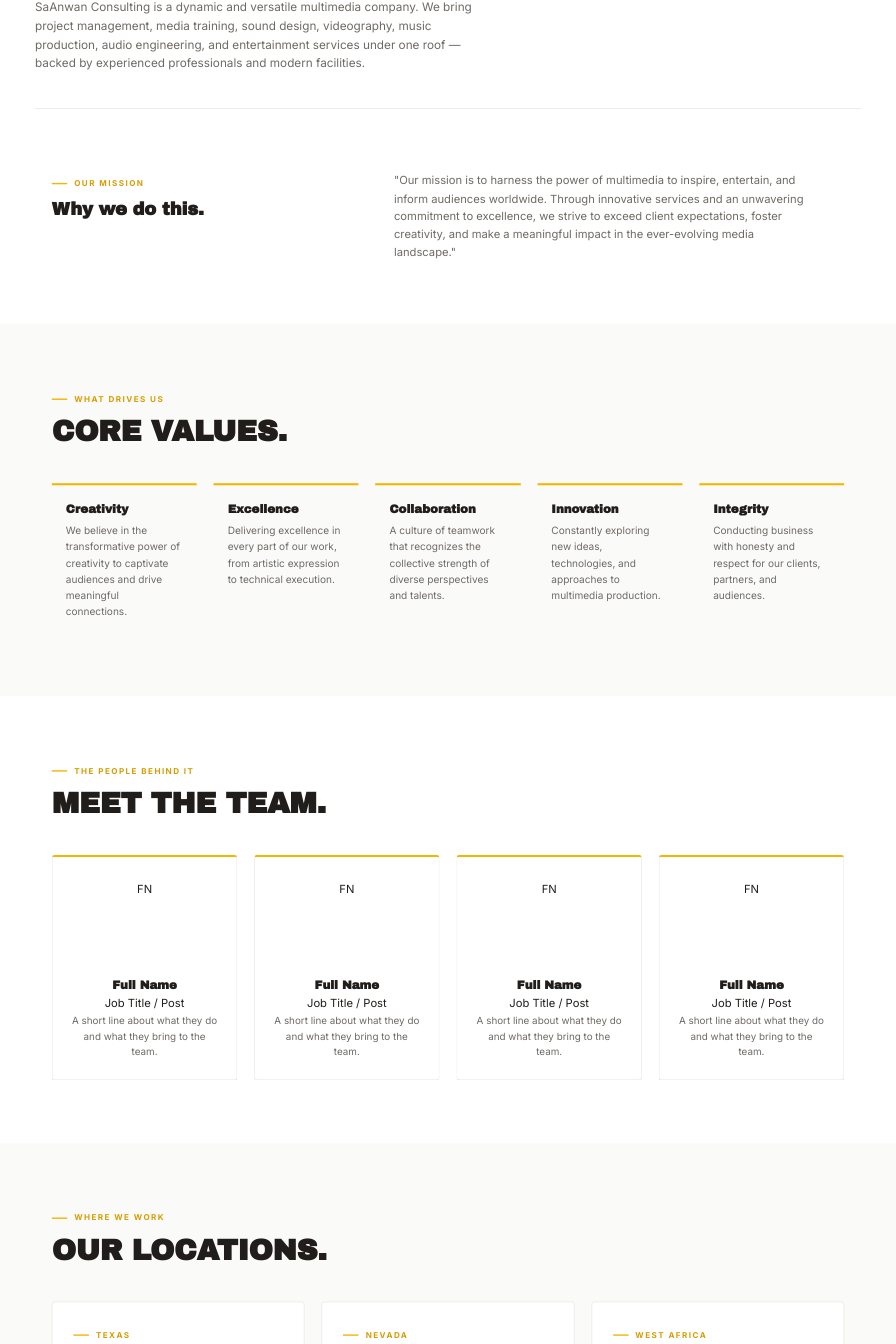
Repository: joshuaonazi/saanwan
Page: about.html
An editor plug-in stored every save of this project. The page is shown before and after the next save, followed by the edit.
The browser window is 1280 px wide. The pictures show the part of the page from y = 306 to 2226 px (the page is 3113 px tall before and 3272 px after), at 70% of full size.

Above is the page before, as saved 2026-07-10 17:02:56.

### about.html
<!DOCTYPE html>
<html lang="en">
  <head>
    <meta charset="UTF-8">
    <meta name="viewport" content="width=device-width, initial-scale=1.0">
    <title>About — SAANWAN Consulting</title>
    <meta name="description" content="Learn about SAANWAN Consulting LLC — our mission, core values, and offices in San Antonio, Las Vegas, and Nigeria.">
    <link rel="preconnect" href="https://fonts.googleapis.com">
    <link rel="preconnect" href="https://fonts.gstatic.com" crossorigin>
    <link href="https://fonts.googleapis.com/css2?family=Archivo+Black&family=Inter:wght@400;500;600;700&display=swap" rel="stylesheet">
    <link rel="stylesheet" href="styles.css">
  </head>
<body>

<header class="site-header">
  <nav class="nav wrap">
    <a href="index.html" class="logo" aria-label="SAANWAN home">
      <span class="bar"></span><span class="bar"></span><span class="bar"></span>
      SAANWAN
    </a>
    <button class="nav-toggle" aria-label="Toggle menu" aria-expanded="false">
      <span></span><span></span><span></span>
    </button>
    <div class="nav-links">
      <a href="index.html">Home</a>
      <a href="about.html" aria-current="page">About</a>
      <a href="services.html">Services</a>
      <a href="contact.html" class="nav-cta">Start a Project</a>
    </div>
  </nav>
</header>

<main>

  <section class="page-hero wrap">
    <div class="eq-divider"><span></span><span></span><span></span><span></span><span></span></div>
    <span class="eyebrow">About SaAnwan Consulting LLC</span>
    <h2 style>WHAT WE DO</h2>
    <p>Based in the United States, with offices in San Antonio, Las Vegas, and Nigeria, SaAnwan Consulting is a dynamic and versatile multimedia company. We bring project management, media training, sound design, videography, music production, audio engineering, and entertainment services under one roof — backed by experienced professionals and modern facilities.</p>
  </section>

  <section class="section">
    <div class="wrap mission-block">
      <div>
        <span class="eyebrow">Our Mission</span>
        <h2 style="text-transform:none; font-size: 1.6rem;">Why we do this.</h2>
      </div>
      <P>
        "Our mission is to harness the power of multimedia to inspire, entertain, and inform audiences worldwide. Through innovative services and an unwavering commitment to excellence, we strive to exceed client expectations, foster creativity, and make a meaningful impact in the ever-evolving media landscape."
      </P>
    </div>
  </section>

  <section class="section section-cream">
    <div class="wrap">
      <div class="section-head">
        <span class="eyebrow">What Drives Us</span>
        <h2>Core values.</h2>
      </div>
      <div class="values-grid">
        <div class="value-card">
          <h3>Creativity</h3>
          <p>We believe in the transformative power of creativity to captivate audiences and drive meaningful connections.</p>
        </div>
        <div class="value-card">
          <h3>Excellence</h3>
          <p>Delivering excellence in every part of our work, from artistic expression to technical execution.</p>
        </div>
        <div class="value-card">
          <h3>Collaboration</h3>
          <p>A culture of teamwork that recognizes the collective strength of diverse perspectives and talents.</p>
        </div>
        <div class="value-card">
          <h3>Innovation</h3>
          <p>Constantly exploring new ideas, technologies, and approaches to multimedia production.</p>
        </div>
        <div class="value-card">
          <h3>Integrity</h3>
          <p>Conducting business with honesty and respect for our clients, partners, and audiences.</p>
        </div>
      </div>
    </div>
  </section>

  <section class="section">
    <div class="wrap">
      <div class="section-head">
        <span class="eyebrow">The People Behind It</span>
        <h2>Meet the team.</h2>
      </div>
      <!--
        TEAM SETUP — this whole block is placeholder content, swap it for the real thing:
        1. Replace each <div class="placeholder-initials">XX</div> with
           <img src="assets/team/filename.jpg" alt="Full Name">
           (add real photos into an /assets/team/ folder — square images work best)
        2. Update the name, role/post, and short description text for each person.
        3. Copy a whole .team-card block to add more members, or delete one to remove.
      -->
      <div class="team-grid">
        <div class="team-card">
          <div class="team-photo">
            <div class="placeholder-initials">FN</div>
          </div>
          <div class="team-info">
            <h3>Full Name</h3>
            <span class="role">Job Title / Post</span>
            <p>A short line about what they do and what they bring to the team.</p>
          </div>
        </div>
        <div class="team-card">
          <div class="team-photo">
            <div class="placeholder-initials alt">FN</div>
          </div>
          <div class="team-info">
            <h3>Full Name</h3>
            <span class="role">Job Title / Post</span>
            <p>A short line about what they do and what they bring to the team.</p>
          </div>
        </div>
        <div class="team-card">
          <div class="team-photo">
            <div class="placeholder-initials">FN</div>
          </div>
          <div class="team-info">
            <h3>Full Name</h3>
            <span class="role">Job Title / Post</span>
            <p>A short line about what they do and what they bring to the team.</p>
          </div>
        </div>
        <div class="team-card">
          <div class="team-photo">
            <div class="placeholder-initials alt">FN</div>
          </div>
          <div class="team-info">
            <h3>Full Name</h3>
            <span class="role">Job Title / Post</span>
            <p>A short line about what they do and what they bring to the team.</p>
          </div>
        </div>
      </div>
    </div>
  </section>

  <section class="section section-cream">
    <div class="wrap">
      <div class="section-head">
        <span class="eyebrow">Where We Work</span>
        <h2>Our locations.</h2>
      </div>
      <div class="locations-grid">
        <div class="location-card">
          <span class="eyebrow">Texas</span>
          <h3>San Antonio</h3>
          <p>United States</p>
        </div>
        <div class="location-card">
          <span class="eyebrow">Nevada</span>
          <h3>Las Vegas</h3>
          <p>United States</p>
        </div>
        <div class="location-card">
          <span class="eyebrow">West Africa</span>
          <h3>Nigeria</h3>
          <p>International office</p>
        </div>
      </div>
    </div>
  </section>

  <section class="cta-banner">
    <div class="wrap">
      <span class="eyebrow" style="color: var(--color-yellow);">Let's Talk</span>
      <h2>Bring your project to a team that's done this before.</h2>
      <div class="cta-actions">
        <a href="contact.html" class="btn btn-primary">Get In Touch</a>
        <a href="services.html" class="btn btn-outline-light">See All Services</a>
      </div>
    </div>
  </section>

</main>

<footer class="site-footer">
  <div class="wrap">
    <div class="footer-top">
      <div>
        <a href="index.html" class="logo">
          <span class="bar"></span><span class="bar"></span><span class="bar"></span>
          SAANWAN
        </a>
        <p>A multimedia consulting company delivering creative and technical excellence across production, sound, and screen.</p>
      </div>
      <div class="footer-col">
        <h4>Site</h4>
        <ul>
          <li><a href="index.html">Home</a></li>
          <li><a href="about.html">About</a></li>
          <li><a href="services.html">Services</a></li>
          <li><a href="contact.html">Contact</a></li>
        </ul>
      </div>
      <div class="footer-col">
        <h4>Services</h4>
        <ul>
          <li><a href="services.html">Sound Design</a></li>
          <li><a href="services.html">Videography</a></li>
          <li><a href="services.html">Music Production</a></li>
          <li><a href="services.html">Audio Engineering</a></li>
        </ul>
      </div>
      <div class="footer-col">
        <h4>Locations</h4>
        <ul>
          <li><a href="about.html">San Antonio, USA</a></li>
          <li><a href="about.html">Las Vegas, USA</a></li>
          <li><a href="about.html">Nigeria</a></li>
        </ul>
      </div>
    </div>
    <div class="footer-bottom">
      <span>&copy; <span id="year"></span> SaAnwan Consulting LLC. All rights reserved.</span>
      <span>Built for creators, by creators.</span>
    </div>
  </div>
</footer>

<script src="index.js"></script>
</body>
</html>

Loaded but not shown: index.js (129 lines, source omitted); styles.css (757 lines, source omitted)

After the next save:
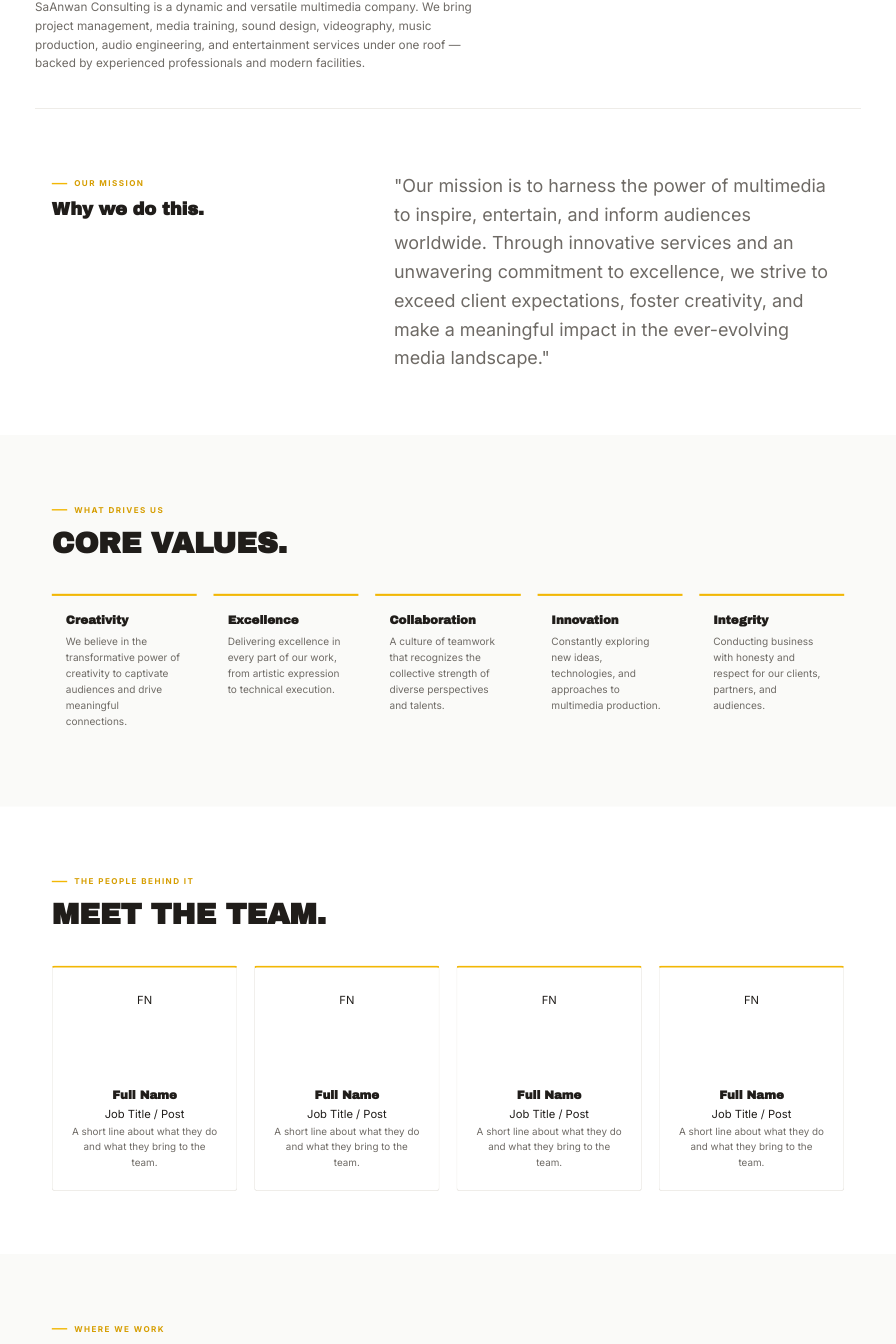
Saved 59 s later.
--- a/about.html
+++ b/about.html
@@ -45,7 +45,7 @@
         <span class="eyebrow">Our Mission</span>
         <h2 style="text-transform:none; font-size: 1.6rem;">Why we do this.</h2>
       </div>
-      <P>
+      <P style="text-transform:none; font-size: 1.6rem;">
         "Our mission is to harness the power of multimedia to inspire, entertain, and inform audiences worldwide. Through innovative services and an unwavering commitment to excellence, we strive to exceed client expectations, foster creativity, and make a meaningful impact in the ever-evolving media landscape."
       </P>
     </div>
